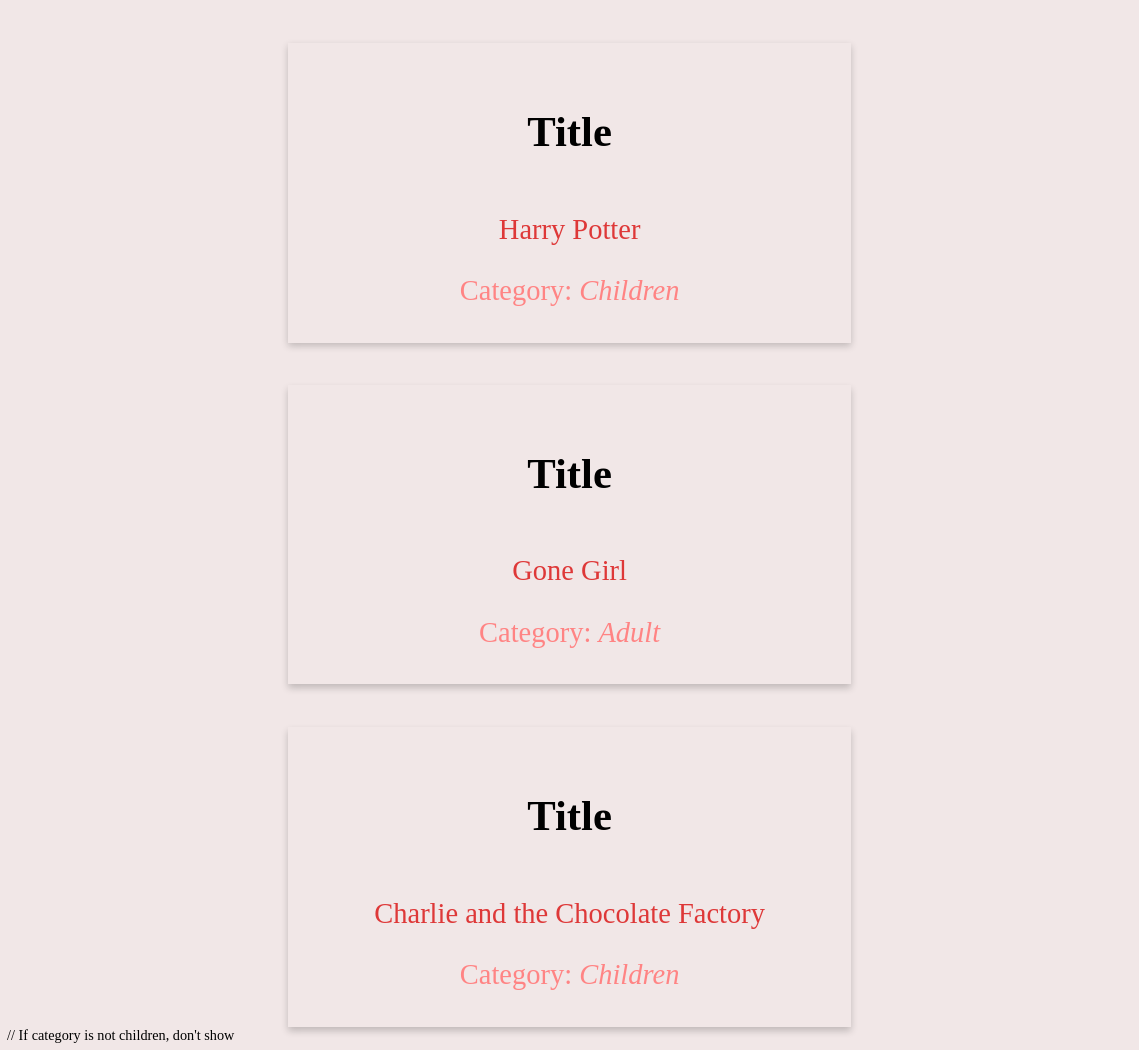
Repository: cyborgEneki/archangel-code-challenge
Page: index.html
The author's editor kept a copy of each file at every save. The page is drawn from the files as they stood at one save, then again after a run of saves.
The browser window is 1280 px wide. The pictures show the whole page, at 89% of full size.
The style sheet was rebuilt from its Sass, Less or Tailwind sources for each picture, by a compiler version that may differ from the author's.

Above is the page before, as saved 2020-11-05 14:18:55.

After the next 3 saves:
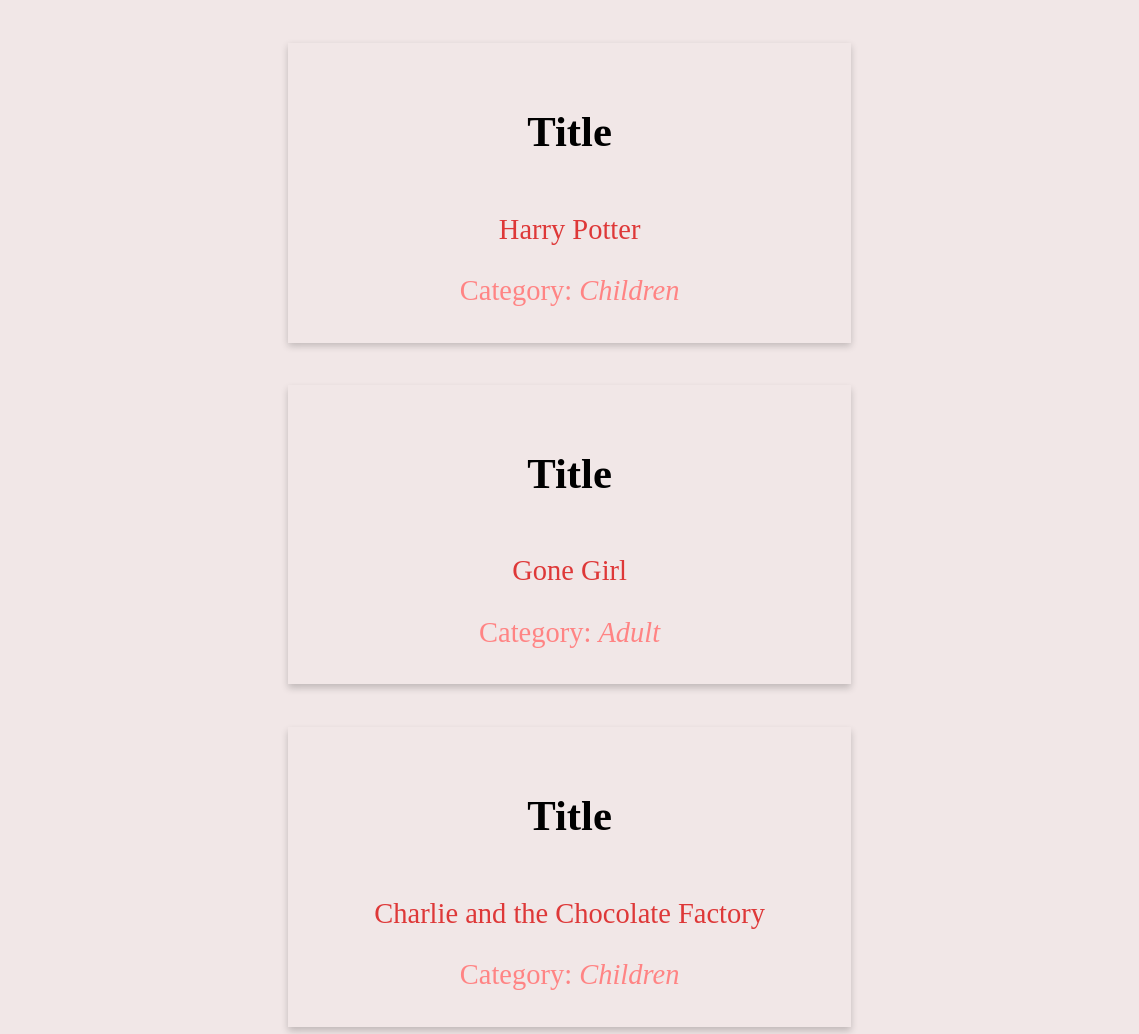
The 3 saves are shown as one change because they came seconds apart.
The last was saved 9 s later.
--- a/index.html
+++ b/index.html
@@ -38,7 +38,6 @@
 </html>
 
 
-                    <!-- <p class="card__text">{{compareEquality a b real makeBelieve}}!</p> -->
-
-  <!-- books -->
-    // If category is not children, don't show
+<!-- <p class="card__text">{{compareEquality a b real makeBelieve}}!</p> -->
+<!-- books -->
+<!-- If category is not children, don't show -->
